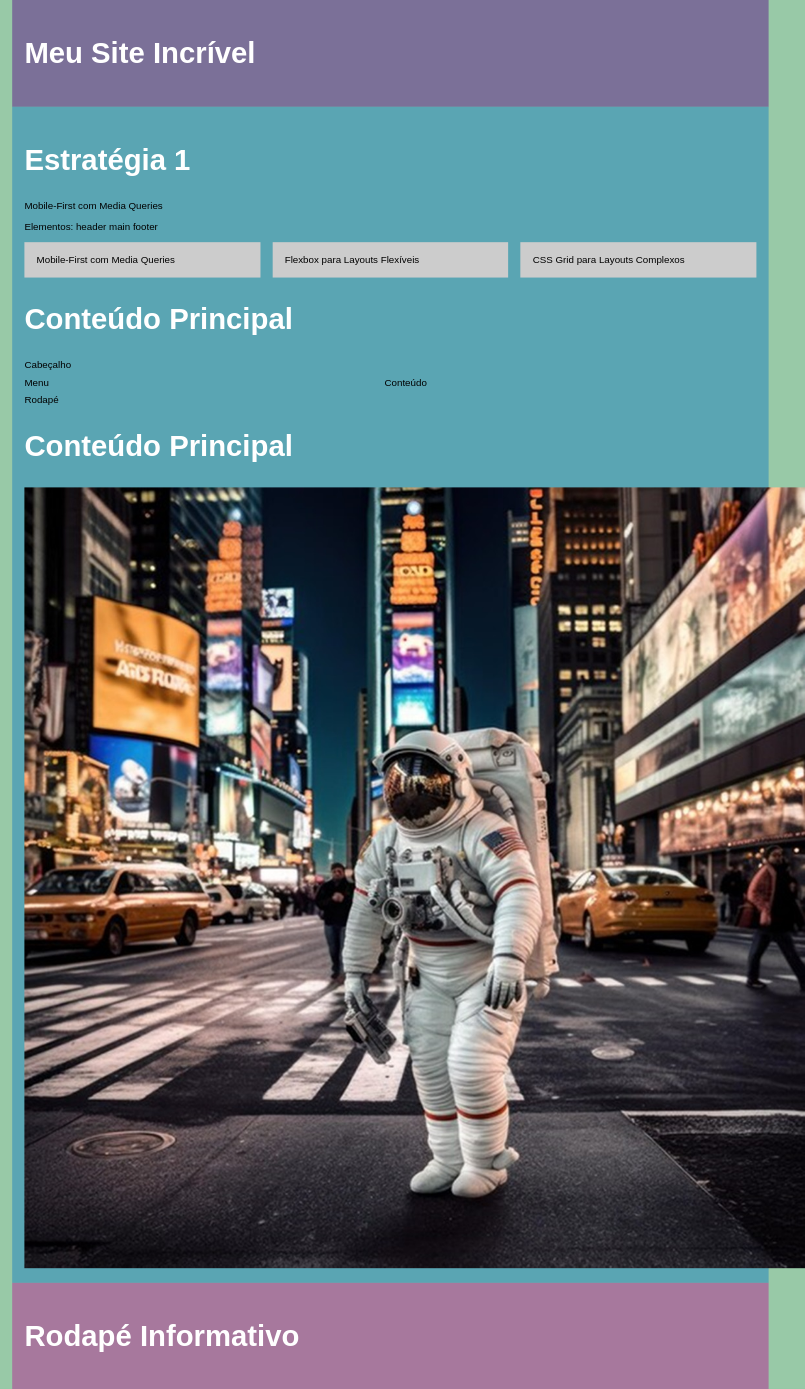
Repository: douglasabnovato/model-lp
Page: index.html
The author's editor kept a copy of each file at every save. The page is drawn from the files as they stood at one save, then again after the next save.
The browser window is 1280 px wide. The page is 1320 px wide, so the pictures cover 1320 px, including what lies to the right of the window. The pictures show the whole page, at 61% of full size.

Above is the page before, as saved 2025-02-25 11:35:28.

### index.html
<!DOCTYPE html>
<html lang="pt-br">
  <head>
    <meta charset="UTF-8" />
    <meta name="viewport" content="width=device-width, initial-scale=1.0" />
    <title>Filmes Épicos</title>
    <link rel="stylesheet" type="text/css" href="./style.css" />
  </head>
  <body>
    <header>
      <h2>Meu Site Incrível</h2>
    </header>
    <main>
      <h2>Estratégia 1</h2>
      <p>Mobile-First com Media Queries</p>
      <p>Elementos: header main footer</p>
      <div class="container">
        <div class="item">Mobile-First com Media Queries</div>
        <div class="item">Flexbox para Layouts Flexíveis</div>
        <div class="item">CSS Grid para Layouts Complexos</div>
      </div>

      <h2>Conteúdo Principal</h2>
      <div class="grid-container">
        <div class="grid-item">Cabeçalho</div>
        <div class="grid-item">Menu</div>
        <div class="grid-item">Conteúdo</div>
        <div class="grid-item">Rodapé</div>
      </div>

      <h2>Conteúdo Principal</h2>
      <div>
        <img
          src="./assets/astronauta-418.jpg"
          srcset="./assets/astronauta-418.jpg 418w, ./assets/astronauta-768.jpg 768w, ./assets/astronauta-1200.jpg 1200w"
          alt="Astronauta"
        />
      </div>
    </main>
    <footer>
      <h2>Rodapé Informativo</h2>
    </footer>
  </body>
</html>

### style.css
/* Estilos base para mobile */
body {
  font-family: Arial, sans-serif;
  margin: 0;
  background-color: #65691c77;
}

h2 {
  color: white;
  font-size: clamp(2rem, 5vw, 3rem);
}

header,
main,
footer {
  padding: 20px;
}

header {
  background-color: #5b0a8777;
}

main {
  background-color: #157bc077;
}

.container {
  display: flex;
  flex-wrap: wrap;
  gap: 20px;
}

.item {
  background-color: #ccc;
  flex: 1 1 200px;
  padding: 20px;
  box-sizing: border-box;
}

.grid-container {
  display: grid;
  grid-template-areas:
    "header header"
    "menu content"
    "footer footer";
  grid-gap: 10px;
}

.grid-item:nth-child(1) {
  grid-area: header;
}

.grid-item:nth-child(2) {
  grid-area: menu;
}

.grid-item:nth-child(3) {
  grid-area: content;
}

.grid-item:nth-child(4) {
  grid-area: footer;
}

footer {
  background-color: #b81b9377;
}

/* Media Query para telas maiores */
@media (min-width: 768px) {
  body {
    background-color: #238d4377;
  }

  header,
  main,
  footer {
    max-width: 1200px;
    margin: 0 auto;
  }
}

After the next save:
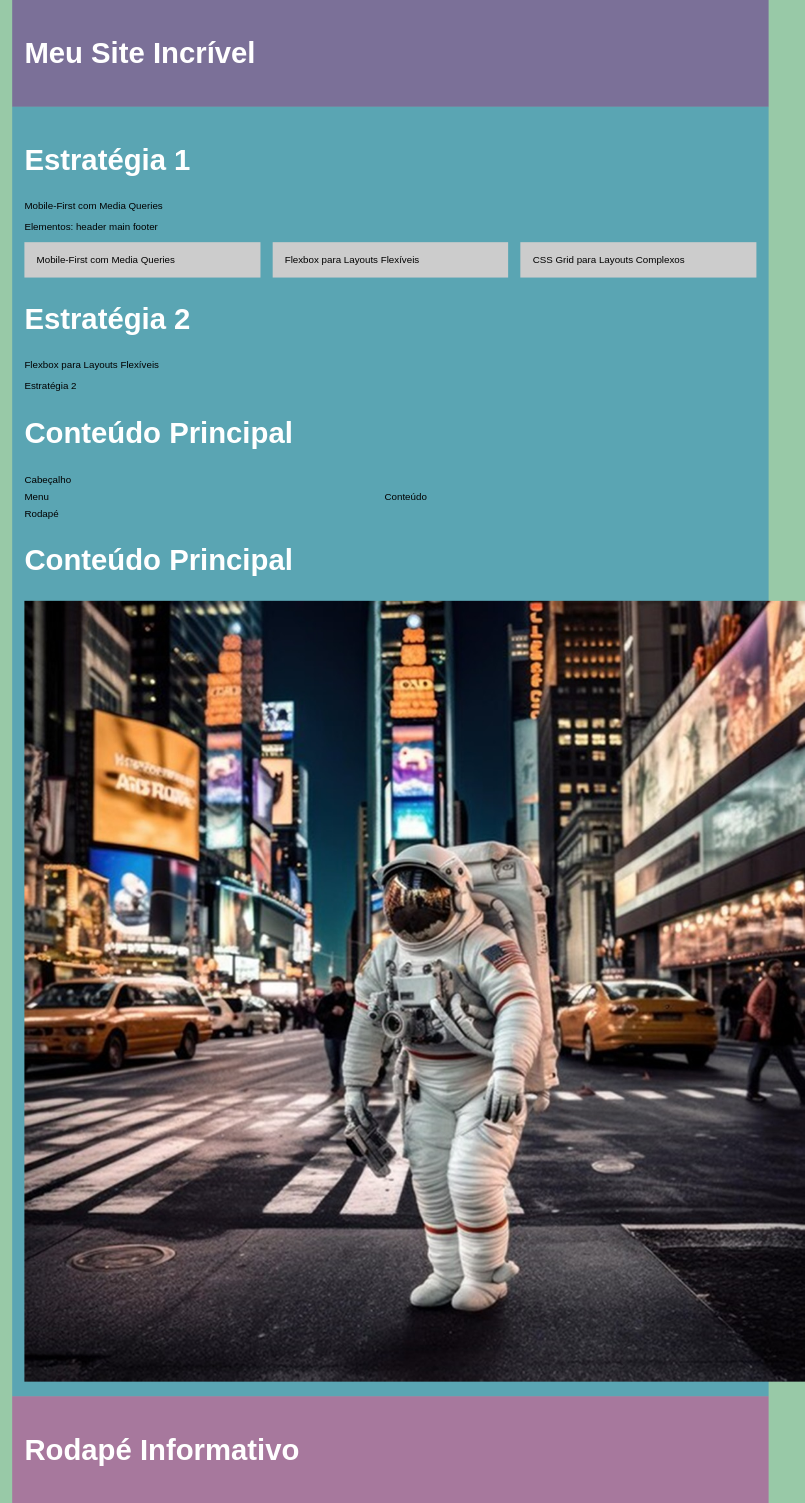
Saved 47 s later.
--- a/index.html
+++ b/index.html
@@ -20,6 +20,9 @@
         <div class="item">CSS Grid para Layouts Complexos</div>
       </div>
 
+      <h2>Estratégia 2</h2>
+      <p>Flexbox para Layouts Flexíveis</p>
+      <p>Estratégia 2</p>
       <h2>Conteúdo Principal</h2>
       <div class="grid-container">
         <div class="grid-item">Cabeçalho</div>
